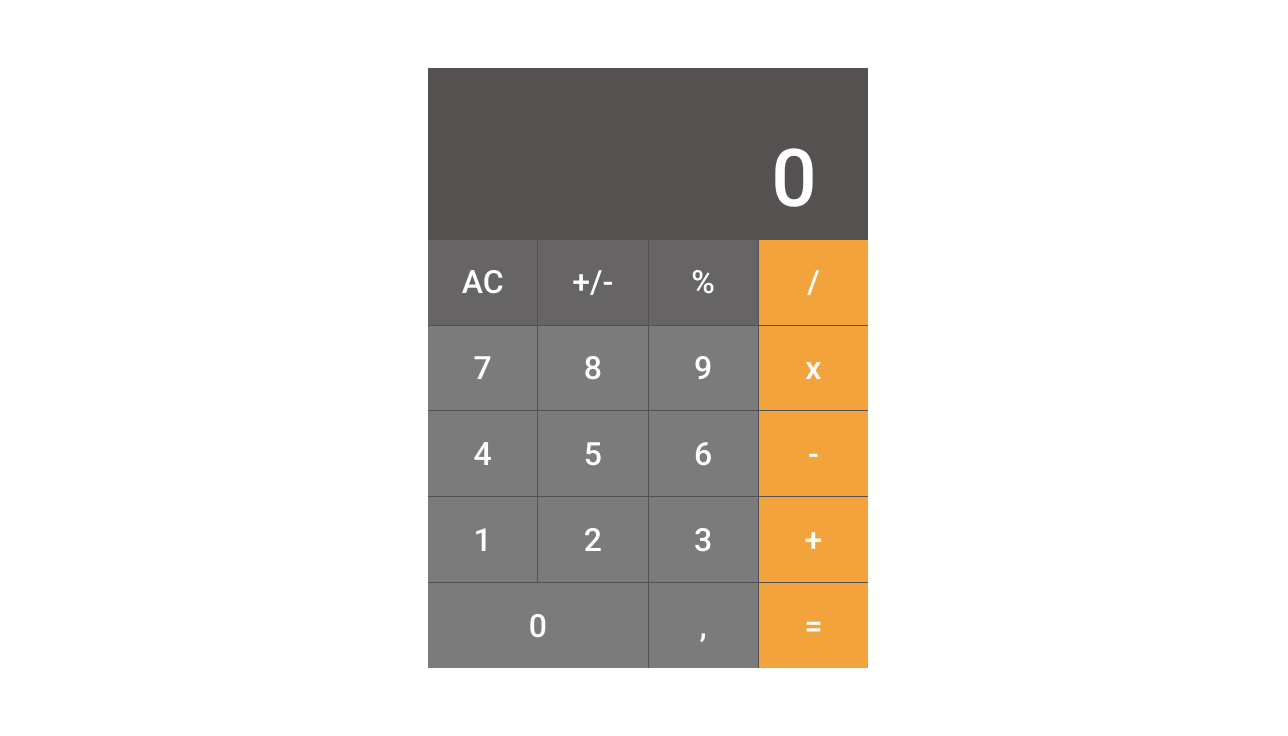
Repository: maciekto/calculatorOOP
Page: index.html
The author's editor kept a copy of each file at every save. The page is drawn from the files as they stood at one save, then again after the next save.
The browser window is 1280 px wide. The page is 1288 px wide, so the pictures cover 1288 px, including what lies to the right of the window. The pictures show the whole page.

Above is the page before, as saved 2022-07-08 16:59:42.

After the next save:
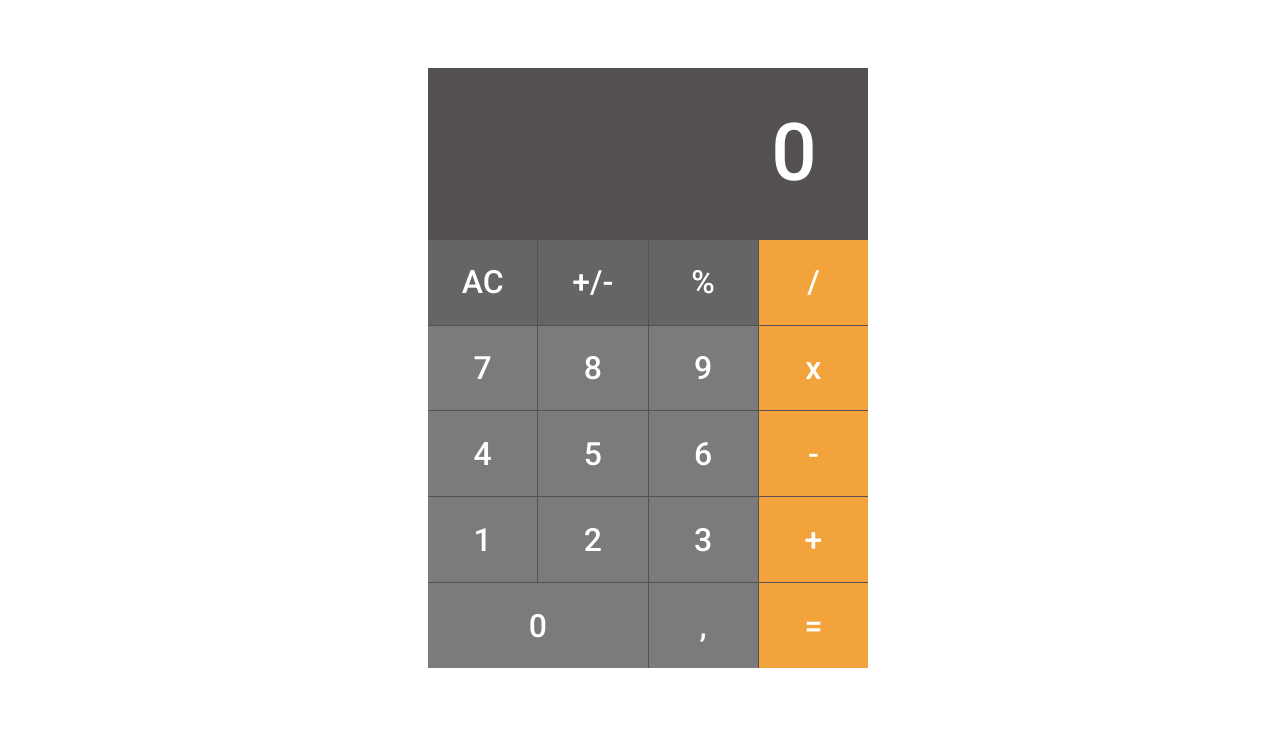
Saved 4 s later.
--- a/css.css
+++ b/css.css
@@ -44,7 +44,6 @@
 .Calc__result {
     grid-area: result;
     background: #545150 !important;
-    place-items: end end !important;
     font-size: 10vw;
 }
 .Calc__result__inner {
